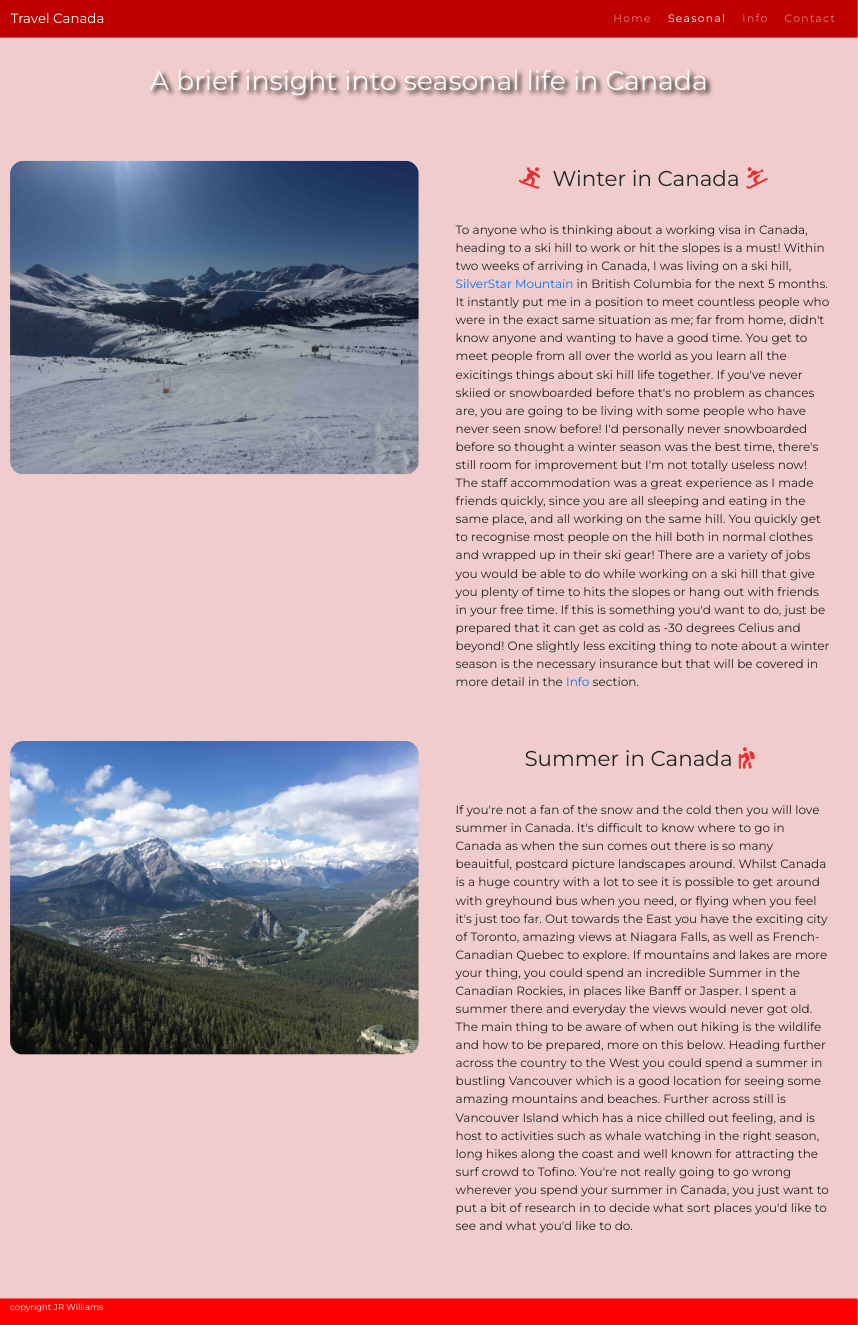
Repository: JonWil91/Travel-Canada
Page: seasonal.html
The author's editor kept a record of every edit. The page is drawn from the files as they stood at one moment, then again after the next edit.
The browser window is 1280 px wide. The pictures show the whole page, at 67% of full size.
Some web libraries are served in a nearby version.

Above is the page before.

### seasonal.html
<!DOCTYPE html>
<html lang="en">

<head>
    <meta charset="UTF-8">
    <meta name="viewport" content="width=device-width, initial-scale=1.0">
    <meta http-equiv="X-UA-Compatible" content="ie=edge">
    <title>Canada</title>
    <link rel="stylesheet" href="https://stackpath.bootstrapcdn.com/bootstrap/4.3.1/css/bootstrap.min.css" integrity="sha384-ggOyR0iXCbMQv3Xipma34MD+dH/1fQ784/j6cY/iJTQUOhcWr7x9JvoRxT2MZw1T" crossorigin="anonymous">
    <link href="https://fonts.googleapis.com/css?family=Montserrat:200,400,500i&display=swap" rel="stylesheet">
    <link rel="stylesheet" href="https://use.fontawesome.com/releases/v5.6.1/css/all.css" integrity="sha384-gfdkjb5BdAXd+lj+gudLWI+BXq4IuLW5IT+brZEZsLFm++aCMlF1V92rMkPaX4PP" crossorigin="anonymous">
    <link rel="stylesheet" href="css/style.css" type="text/css" />


    <body>

        <!-- navbar -->

        <div class="container-fluid navalert-container">
            <nav class="navbar navbar-dark navbar-expand-sm navbar-fixed-top">
                <a href="index.html" class="navbar-brand">Travel Canada</a>
                <button class="navbar-toggler ml-auto" type="button" data-toggle="collapse" data-target="#navbarNavDropdown" aria-controls="navbarNavDropdown" aria-expanded="false" aria-label="Toggle
        navigation">
            <span class="navbar-toggler-icon"></span>
        </button>
                <div class="collapse navbar-collapse" id="navbarNavDropdown">
                    <ul class="navbar-nav ml-auto">
                        <li class="nav-item mr-2"><a class="nav-link" href="index.html">Home</a></li>
                        <li class="active nav-item mr-2"><a class="nav-link" href="seasonal.html">Seasonal</a></li>
                        <li class="nav-item mr-2"><a class="nav-link" href="info.html">Info</a></li>
                        <li class="nav-item mr-2"><a class="nav-link" href="contact.html">Contact</a></li>

                    </ul>
                </div>
            </nav>
        </div>

        <!-- /navbar -->


        <!-- seasons -->

        <div class="container title-container my-5 text-center">
            <div class="row">
                <div class="col-12">
                    <h1 class="jumbotron-header my-5">A brief insight into seasonal life in Canada</h1>
                </div>
            </div>
        </div>

        <div class="container-fluid">
            <div class="row">
                <div class="col-lg-6">
                    <img src="images/canada-winter.jpg" class="img-fluid">
                </div>
                <div class="col-lg-6">
                    <div class="accordion d-sm-none" id="accordionExample">
                        <div class="card">
                            <div class="card-header" id="headingOne">
                                <h2 class="mb-0">
                                    <button class="btn btn-link" type="button" data-toggle="collapse" data-target="#collapseOne" aria-expanded="true" aria-controls="collapseOne">
          Winter in Canada
        </button>
                                </h2>
                            </div>

                            <div id="collapseOne" class="collapse" aria-labelledby="headingOne" data-parent="#accordionExample">
                                <div class="card-body">
                                    To anyone who is thinking about a working visa in Canada, heading to a ski hill to work or hit the slopes is a must! Within two weeks of arriving in Canada, I was living on a ski hill, <a href="https://www.skisilverstar.com/"
                                        target="_blank">SilverStar Mountain</a> in British Columbia for the next 5 months. It instantly put me in a position to meet countless people who were in the exact same situation as me; far from home, didn't know anyone
                                    and wanting to have a good time. You get to meet people from all over the world as you learn all the exicitings things about ski hill life together. If you've never skiied or snowboarded before that's no problem as
                                    chances are, you are going to be living with some people who have never seen snow before! I'd personally never snowboarded before so thought a winter season was the best time, there's still room for improvement but
                                    I'm not totally useless now! The staff accommodation was a great experience as I made friends quickly, since you are all sleeping and eating in the same place, and all working on the same hill. You quickly get to recognise
                                    most people on the hill both in normal clothes and wrapped up in their ski gear! There are a variety of jobs you would be able to do while working on a ski hill that give you plenty of time to hits the slopes or hang
                                    out with friends in your free time. If this is something you'd want to do, just be prepared that it can get as cold as -30 degrees Celius and beyond! One slightly less exciting thing to note about a winter season is
                                    the necessary insurance but that will be covered in more detail in the <a href="info.html">Info</a> section.
                                </div>
                            </div>
                        </div>
                    </div>

                    <div class="container-fluid d-none d-md-block">
                        <div class="row">
                            <div class="col-lg-12">
                                <h2 class="text-center season-title align-text-top"><i class="fas fa-snowboarding icon"></i> Winter in Canada<i class="fas fa-skiing icon fa-flip-horizontal"></i></h2>
                                <p class="season-section">To anyone who is thinking about a working visa in Canada, heading to a ski hill to work or hit the slopes is a must! Within two weeks of arriving in Canada, I was living on a ski hill, <a href="https://www.skisilverstar.com/"
                                        target="_blank">SilverStar Mountain</a> in British Columbia for the next 5 months. It instantly put me in a position to meet countless people who were in the exact same situation as me; far from home, didn't know anyone
                                    and wanting to have a good time. You get to meet people from all over the world as you learn all the exicitings things about ski hill life together. If you've never skiied or snowboarded before that's no problem as
                                    chances are, you are going to be living with some people who have never seen snow before! I'd personally never snowboarded before so thought a winter season was the best time, there's still room for improvement but
                                    I'm not totally useless now! The staff accommodation was a great experience as I made friends quickly, since you are all sleeping and eating in the same place, and all working on the same hill. You quickly get to recognise
                                    most people on the hill both in normal clothes and wrapped up in their ski gear! There are a variety of jobs you would be able to do while working on a ski hill that give you plenty of time to hits the slopes or hang
                                    out with friends in your free time. If this is something you'd want to do, just be prepared that it can get as cold as -30 degrees Celius and beyond! One slightly less exciting thing to note about a winter season is
                                    the necessary insurance but that will be covered in more detail in the <a href="info.html">Info</a> section.
                                </p>
                            </div>
                        </div>
                    </div>



                </div>
            </div>
        </div>


        <div class="container-fluid my-5">
            <div class="row">
                <div class="col-lg-6">
                    <img src="images/canada-summer.jpg" class="img-fluid">
                </div>
                <div class="col-lg-6">
                    <div class="accordion d-sm-none" id="accordionExample">
                        <div class="card">
                            <div class="card-header" id="headingTwo">
                                <h2 class="mb-0">
                                    <button class="btn btn-link collapsed" type="button" data-toggle="collapse" data-target="#collapseTwo" aria-expanded="false" aria-controls="collapseTwo">
          Summer in Canada
        </button>
                                </h2>
                            </div>
                            <div id="collapseTwo" class="collapse" aria-labelledby="headingTwo" data-parent="#accordionExample">
                                <div class="card-body">
                                    If you're not a fan of the snow and the cold then you will love summer in Canada. It's difficult to know where to go in Canada as when the sun comes out there is so many beauitful, postcard picture landscapes around. Whilst Canada is a huge country with
                                    a lot to see it is possible to get around with greyhound bus when you need, or flying when you feel it's just too far. Out towards the East you have the exciting city of Toronto, amazing views at Niagara Falls, as well
                                    as French-Canadian Quebec to explore. If mountains and lakes are more your thing, you could spend an incredible Summer in the Canadian Rockies, in places like Banff or Jasper. I spent a summer there and everyday the
                                    views would never got old. The main thing to be aware of when out hiking is the wildlife and how to be prepared, more on this below. Heading further across the country to the West you could spend a summer in bustling
                                    Vancouver which is a good location for seeing some amazing mountains and beaches. Further across still is Vancouver Island which has a nice chilled out feeling, and is host to activities such as whale watching in the
                                    right season, long hikes along the coast and well known for attracting the surf crowd to Tofino. You're not really going to go wrong wherever you spend your summer in Canada, you just want to put a bit of research in
                                    to decide what sort places you'd like to see and what you'd like to do.
                                </div>
                            </div>
                        </div>
                    </div>

                    <div class="container-fluid d-none d-md-block">
                        <div class="row d-none d-md-block">
                            <div class="col-lg-12">
                                <h2 class="text-center season-title">Summer in Canada<i class="fas fa-hiking fa-flip-horizontal icon"></i></h2>
                                <p class="season-section">If you're not a fan of the snow and the cold then you will love summer in Canada. It's difficult to know where to go in Canada as when the sun comes out there is so many beauitful, postcard picture landscapes around. Whilst
                                    Canada is a huge country with a lot to see it is possible to get around with greyhound bus when you need, or flying when you feel it's just too far. Out towards the East you have the exciting city of Toronto, amazing
                                    views at Niagara Falls, as well as French-Canadian Quebec to explore. If mountains and lakes are more your thing, you could spend an incredible Summer in the Canadian Rockies, in places like Banff or Jasper. I spent
                                    a summer there and everyday the views would never got old. The main thing to be aware of when out hiking is the wildlife and how to be prepared, more on this below. Heading further across the country to the West you
                                    could spend a summer in bustling Vancouver which is a good location for seeing some amazing mountains and beaches. Further across still is Vancouver Island which has a nice chilled out feeling, and is host to activities
                                    such as whale watching in the right season, long hikes along the coast and well known for attracting the surf crowd to Tofino. You're not really going to go wrong wherever you spend your summer in Canada, you just want
                                    to put a bit of research in to decide what sort places you'd like to see and what you'd like to do.
                                </p>
                            </div>
                        </div>
                    </div>


                </div>
            </div>
        </div>


        <!-- /seasons -->

        <!-- footer -->

        <div class="container-fluid footer">
            <div class="row">
                <div class="col-12">
                    <p class="ml-auto"><small>copyright JR Williams</small></p>

                </div>
            </div>
        </div>


        <!-- /footer -->


        <script src="https://code.jquery.com/jquery-3.3.1.slim.min.js" integrity="sha384-q8i/X+965DzO0rT7abK41JStQIAqVgRVzpbzo5smXKp4YfRvH+8abtTE1Pi6jizo" crossorigin="anonymous"></script>
        <script src="https://cdnjs.cloudflare.com/ajax/libs/popper.js/1.14.7/umd/popper.min.js" integrity="sha384-UO2eT0CpHqdSJQ6hJty5KVphtPhzWj9WO1clHTMGa3JDZwrnQq4sF86dIHNDz0W1" crossorigin="anonymous"></script>
        <script src="https://stackpath.bootstrapcdn.com/bootstrap/4.3.1/js/bootstrap.min.js" integrity="sha384-JjSmVgyd0p3pXB1rRibZUAYoIIy6OrQ6VrjIEaFf/nJGzIxFDsf4x0xIM+B07jRM" crossorigin="anonymous"></script>


    </body>

### css/style.css
body {
    font-family: 'Montserrat', sans-serif;
    background-color: #f1cccc;
}


/* Navbar */

.navalert-container {
    position: absolute;
    top: 0;
    left: 0;
    padding-left: 0;
    padding-right: 0;
    z-index: 1;
    background-color: #ff0000;
}

.navbar {
    margin-bottom: 0;
    border: 0;
    width: 100%;
    background-color: rgba(0, 0, 0, 0.25);
}

.navbar-toggler {
    border: none;
    background-color: transparent;
}

.navbar-brand {
    font-weight: 500;
}

.navbar-nav {
    letter-spacing: 2px;
}


/* /navbar */

/* landing page */

.callout-container {
    height: 100vh;
    background: url("../images/canada-landing-page.jpg") no-repeat bottom right fixed;
    -webkit-background-size: cover;
    -moz-background-size: cover;
    -o-background-size: cover;
    background-size: cover;

    display: flex;
    justify-content: center;
    position: relative;
}



.jumbotron {
    background-color: transparent;
    margin-top: 30px;
    color: #fafafa;
}

.jumbotron-header {
    font-size: 40px;
    color: #fafafa;
    text-shadow: 5px 5px 7px black;
}

.lead {
    margin-top: 30px;
    color: #de5858;
    font-family: 'Roboto', sans-serif;
    font-weight: 600;
    font-size: 25px;
    text-shadow: 5px 5px 10px #fafafa;

}

.about-me {
    color: #fafafa;
    text-shadow: 5px 5px 10px black;
}

.about-me-text {
    color: black;
}


/* /landing page */

/* seasonal */

.title-container {
    display: flex;
    justify-content: center;
    position: relative;
}

.container-subheading {
    display: flex;
    justify-content: center;
    position: relative;
}

.img-fluid {
    width: 100vh;
    height: 65vh;
    border-radius: 20px;
}


.icon {
    color: #e82e2e;
    padding: 10px;
}

.season-title {
    padding: 0 0 20px 0;

}

.season-section {
    font-size: 18px;
    padding: 10px;
}

.card-header {
    justify-content: center;
    display: flex;
    background-color: transparent;
    border: none;
    text-decoration: none;
}

button {
    text-decoration: none;
}

.btn-link {
    font-size: 25px;
}

.btn-link:hover,
.btn-link:active,
.btn-link:focus {
    text-decoration: none;
    background-color: #ff0000;
    color: #fafafa;
    font-size: 25px;
    border-radius: 5px;
}


/* /seasonal */


/* Info */


.title {
    color: #fafafa;
}

.timeline-item {
    padding: 4em 2em 0em 2em;
    position: relative;
    color: red;
    border-left: 1px solid;
}

.timeline-item p {
    padding: 0;
    margin: 0;
}

.timeline-item:before {
    content: attr(data-dates);
    position: absolute;
    left: 2.5em;
    top: 3em;
    display: block;
    font-family: "Exo", sans-serif;
    font-weight: 500;
    font-size: 0.8em;
    padding: 0;
    margin: 0;
}

.timeline-item:after {
    width: 12px;
    height: 12px;
    display: block;
    top: 2.4em;
    position: absolute;
    left: -6px;
    border-radius: 12px;
    content: '';
    background-color: #fafafa;
}

.history-items {
    margin-bottom: 30px;
}

.extra-info {
    color: red;
    margin-top: 100px;
}

.card,
.card-reader {
    background-color: transparent;
    border: none !important;
    padding: 0;
    margin-bottom: 20px;
}

.flag-picture {
    width: 90vh;
    height: 65vh;
    border-radius: 20px;
}

/* /Info */

/* Contact */

.contact-box {
    height: 100%;
}

.contact-button {
    background-color: #ff0000;
}


/* /Contact */

/* Footer */

.footer {
    background-color: #ff0000;
    color: #fafafa;
    float: right;
    margin-top: 20px;
}

.footer-contact {
    background-color: #ff0000;
    color: #fafafa;
    float: right;
    position: absolute;
    bottom: 0;
}


/* /footer */

@media only screen and (max-width: 600px) {
  .flag-picture {
    width: 45vh;
    height: 30vh;
    border-radius: 20px;
  }
}

@media only screen and (max-width: 990px) {
  .flag-picture {
    width: 45vh;
    height: 30vh;
    border-radius: 20px;
  }
}

After the next edit:
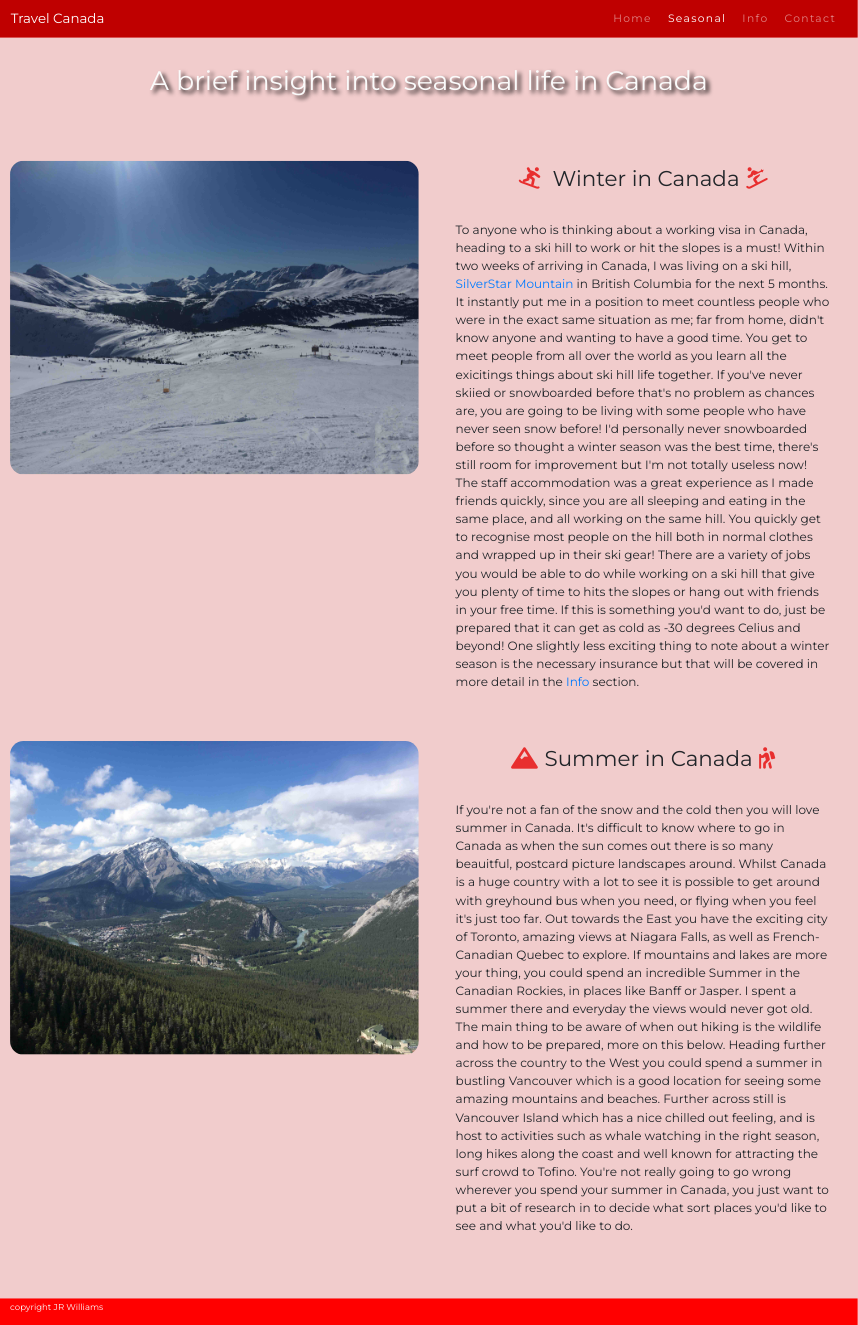
The edit:
--- a/seasonal.html
+++ b/seasonal.html
@@ -135,7 +135,7 @@
                     <div class="container-fluid d-none d-md-block">
                         <div class="row d-none d-md-block">
                             <div class="col-lg-12">
-                                <h2 class="text-center season-title">Summer in Canada<i class="fas fa-hiking fa-flip-horizontal icon"></i></h2>
+                                <h2 class="text-center season-title"><i class="fas fa-mountain icon"></i>Summer in Canada<i class="fas fa-hiking fa-flip-horizontal icon"></i></h2>
                                 <p class="season-section">If you're not a fan of the snow and the cold then you will love summer in Canada. It's difficult to know where to go in Canada as when the sun comes out there is so many beauitful, postcard picture landscapes around. Whilst
                                     Canada is a huge country with a lot to see it is possible to get around with greyhound bus when you need, or flying when you feel it's just too far. Out towards the East you have the exciting city of Toronto, amazing
                                     views at Niagara Falls, as well as French-Canadian Quebec to explore. If mountains and lakes are more your thing, you could spend an incredible Summer in the Canadian Rockies, in places like Banff or Jasper. I spent
